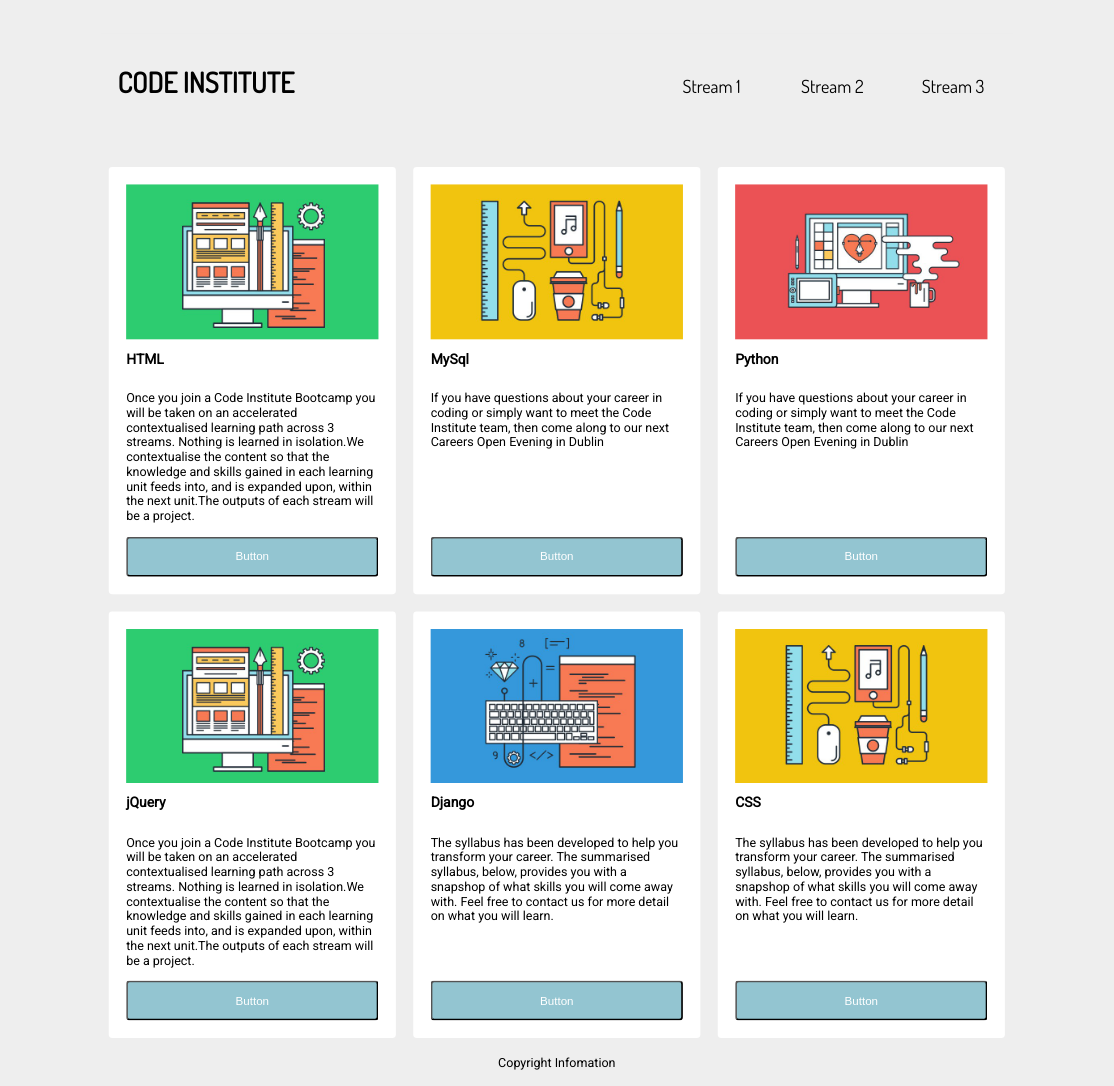
Repository: LivHed/jquery-events
Page: Cards-jquery.html
The author's editor kept a record of every edit. The page is drawn from the files as they stood at one moment, then again after the next edit.
The browser window is 1280 px wide. The pictures show the whole page, at 87% of full size.
After loading, the first visible `#effect_button3` was clicked once.
Some web libraries are served in a nearby version.

Above is the page before.

After the next edit:
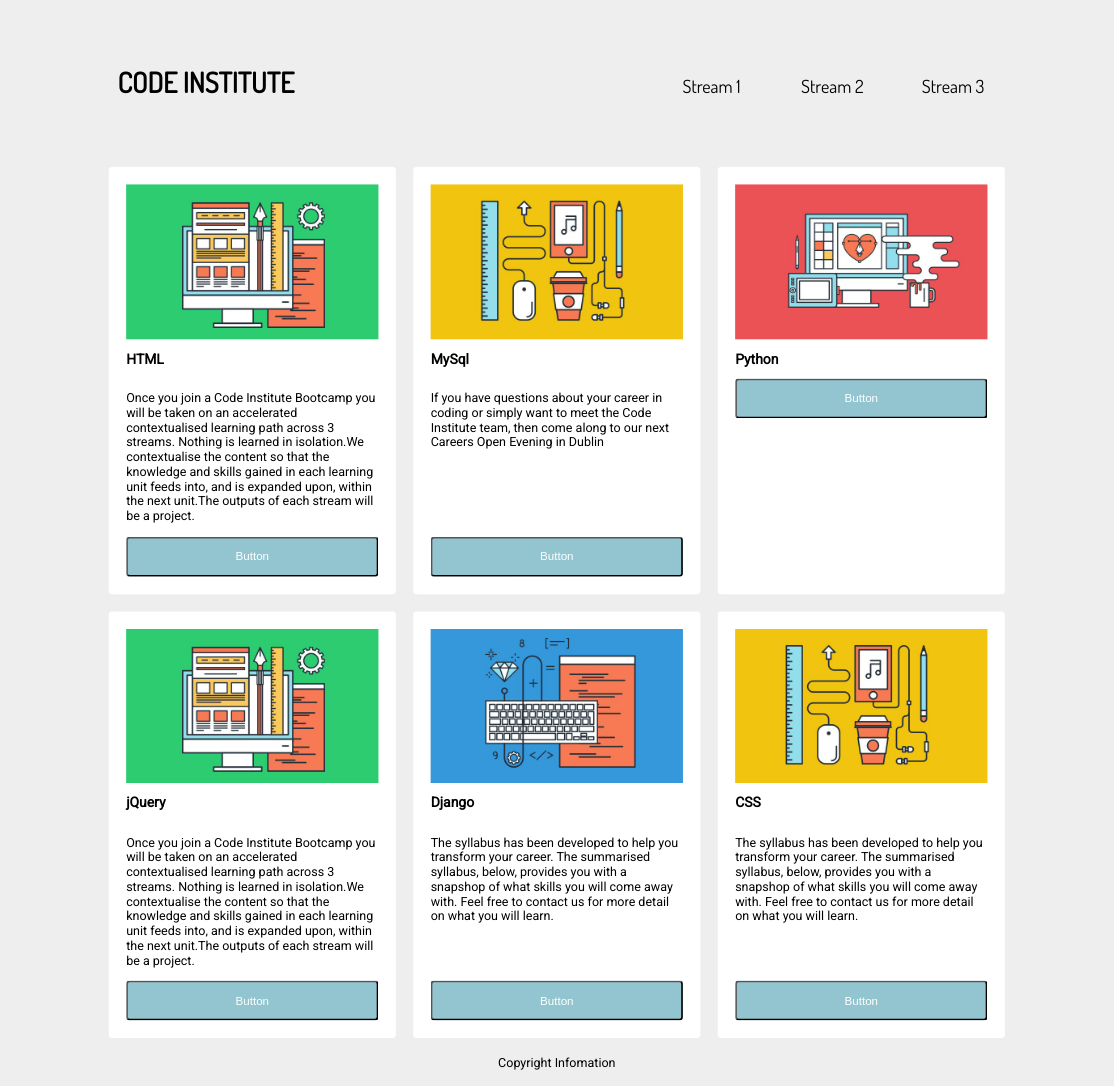
The edit:
--- a/script.js
+++ b/script.js
@@ -19,7 +19,7 @@
         $('#paragraph2').toggle('1000');
     });
     $("#effect_button3").click(function(){
-        $('#par3').toggle('1000');
+        $('#paragraph3').toggle('1000');
     });
     $("#effect_button4").click(function(){
         $('#par4').toggle('1000');
